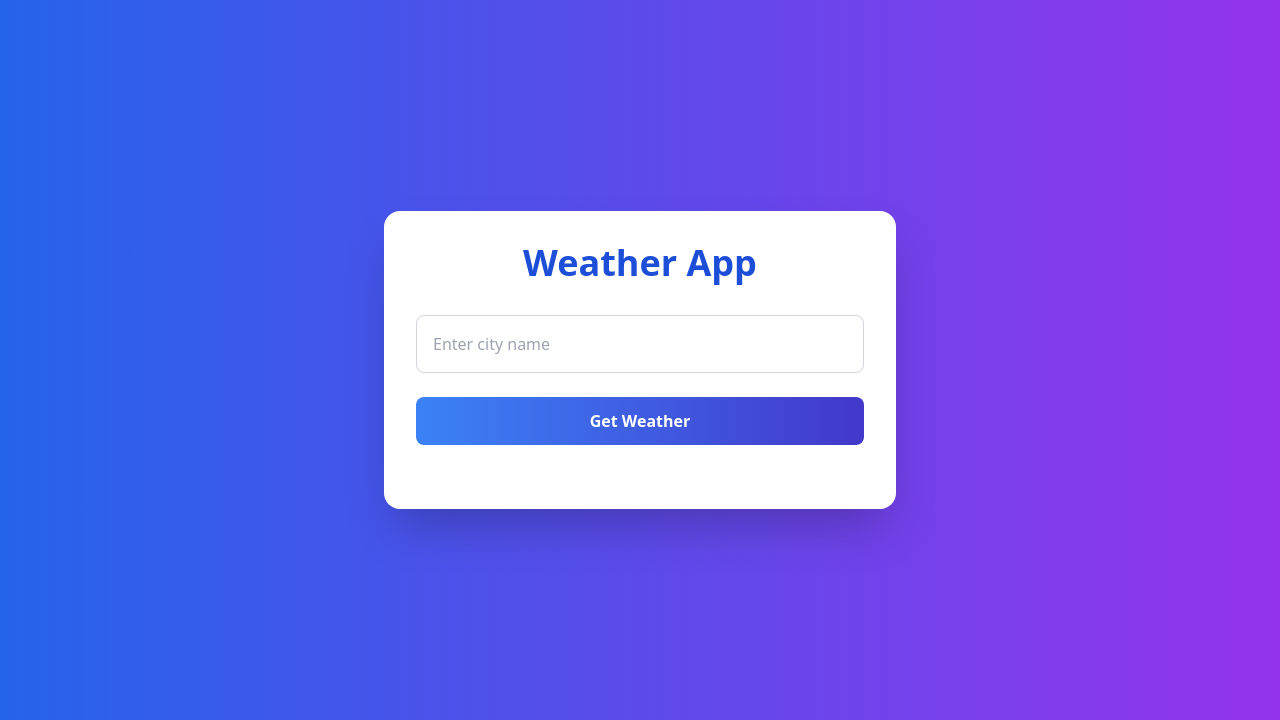
Repository: MKosainHaider/weather-app
Page: index.html
These files come from the project's save history. The page is drawn as it stood at one moment and after the next save; the edit follows.
The browser window is 1280 px wide. The pictures show the whole page.
Some web libraries are served in a nearby version.

Above is the page before, as saved 2024-08-16 00:52:26.

### index.html
<!DOCTYPE html>
<html lang="en">

<head>
    <meta charset="UTF-8">
    <meta name="viewport" content="width=device-width, initial-scale=1.0">
    <script src="script.js" defer></script>
    <script src="https://cdn.tailwindcss.com"></script>
    <title>Weather App</title>
</head>

<body>
    <div class="bg-gradient-to-r from-blue-600 to-purple-600 flex items-center justify-center min-h-screen">

        <div id="app"
            class="p-8 bg-white rounded-2xl shadow-2xl max-w-lg w-full transform hover:scale-105 transition-transform duration-300">
            <h1 class="text-4xl font-extrabold text-center text-blue-700 mb-8">Weather App</h1>
            <input type="text" id="cityInput" placeholder="Enter city name"
                class="w-full p-4 border border-gray-300 rounded-lg mb-6 focus:outline-none focus:ring-2 focus:ring-blue-500"
                autocomplete="off" />
            <button id="getWeatherBtn"
                class="w-full bg-gradient-to-r from-blue-500 to-indigo-700 text-white font-bold py-3 px-6 rounded-lg hover:from-blue-600 hover:to-indigo-800 transition-all duration-300">
                Get Weather
            </button>
            <div id="weatherResult" class="mt-8 flex flex-wrap justify-center space-x-4">
                <!-- Weather cards will be dynamically inserted here -->
            </div>
        </div>
    </div>
</body>

</html>

### script.js
document.getElementById("getWeatherBtn").addEventListener("click", () => {
  const city = document.getElementById("cityInput").value;
  console.log(`City entered: ${city}`); // Debug log

  if (city) {
    getWeather(city);
  } else {
    alert("Please enter a city name");
  }
});

function getWeather(city) {
  const apiKey = "397a3c1468c2cbe1a8784c7b6a3ba8e8"; // Your API key
  const url = `https://api.openweathermap.org/data/2.5/weather?q=${city}&appid=${apiKey}&units=metric`;

  console.log(`Fetching weather data from URL: ${url}`); // Debug log

  fetch(url)
    .then((response) => {
      console.log(`Response status: ${response.status}`); // Debug log
      if (!response.ok) {
        if (response.status === 404) {
          throw new Error("City not found");
        } else {
          throw new Error("An error occurred while fetching the weather data");
        }
      }
      return response.json();
    })
    .then((data) => {
      console.log("Weather data received:", data); // Debug log
      const { coord } = data;
      get5DayForecast(coord.lat, coord.lon);
    })
    .catch((error) => {
      console.error("Error fetching weather data:", error);
      document.getElementById(
        "weatherResult"
      ).innerHTML = `<p class="text-red-500">${error.message}</p>`;
    });
}

function get5DayForecast(lat, lon) {
  const apiKey = "397a3c1468c2cbe1a8784c7b6a3ba8e8"; // Your API key
  const url = `https://api.openweathermap.org/data/2.5/forecast?lat=${lat}&lon=${lon}&appid=${apiKey}&units=metric`;

  console.log(`Fetching 5-day forecast from URL: ${url}`); // Debug log

  fetch(url)
    .then((response) => response.json())
    .then((data) => {
      console.log("5-day forecast data received:", data); // Debug log
      display5DayForecast(data.list);
    })
    .catch((error) => {
      console.error("Error fetching 5-day forecast:", error);
      document.getElementById(
        "weatherResult"
      ).innerHTML = `<p class="text-red-500">${error.message}</p>`;
    });
}

function display5DayForecast(forecastList) {
  const weatherResult = document.getElementById("weatherResult");
  weatherResult.innerHTML = ""; // Clear previous results

  const today = new Date().getDay(); // Get today's day of the week (0-6)

  // Filter to only show forecasts for 12:00 PM
  const filteredForecast = forecastList.filter((forecast) =>
    forecast.dt_txt.includes("12:00:00")
  );

  weatherResult.classList.add("flex", "space-x-4", "justify-center");

  filteredForecast.slice(0, 5).forEach((forecast) => {
    const date = new Date(forecast.dt_txt);
    const dayOfWeek = date.toLocaleDateString(undefined, { weekday: "short" });
    const isToday = today === date.getDay(); // Check if the forecast is for today

    // Conditional class based on whether it's today or not
    const cardClass = isToday
      ? "bg-gradient-to-r from-blue-500 to-indigo-700 text-white"
      : "bg-gray-100 text-gray-800";

    weatherResult.innerHTML += `
      <div class="p-4 rounded-lg shadow-md flex-1 ${cardClass}">
        <h3 class="text-lg font-bold">${dayOfWeek}</h3>
        <p class="text-sm">Temp: ${forecast.main.temp}°C</p>
        <p class="text-sm">Weather: ${forecast.weather[0].description}</p>
        <p class="text-sm">Humidity: ${forecast.main.humidity}%</p>
        <p class="text-sm">Wind: ${forecast.wind.speed} m/s</p>
      </div>
    `;
  });
}

After the next save:
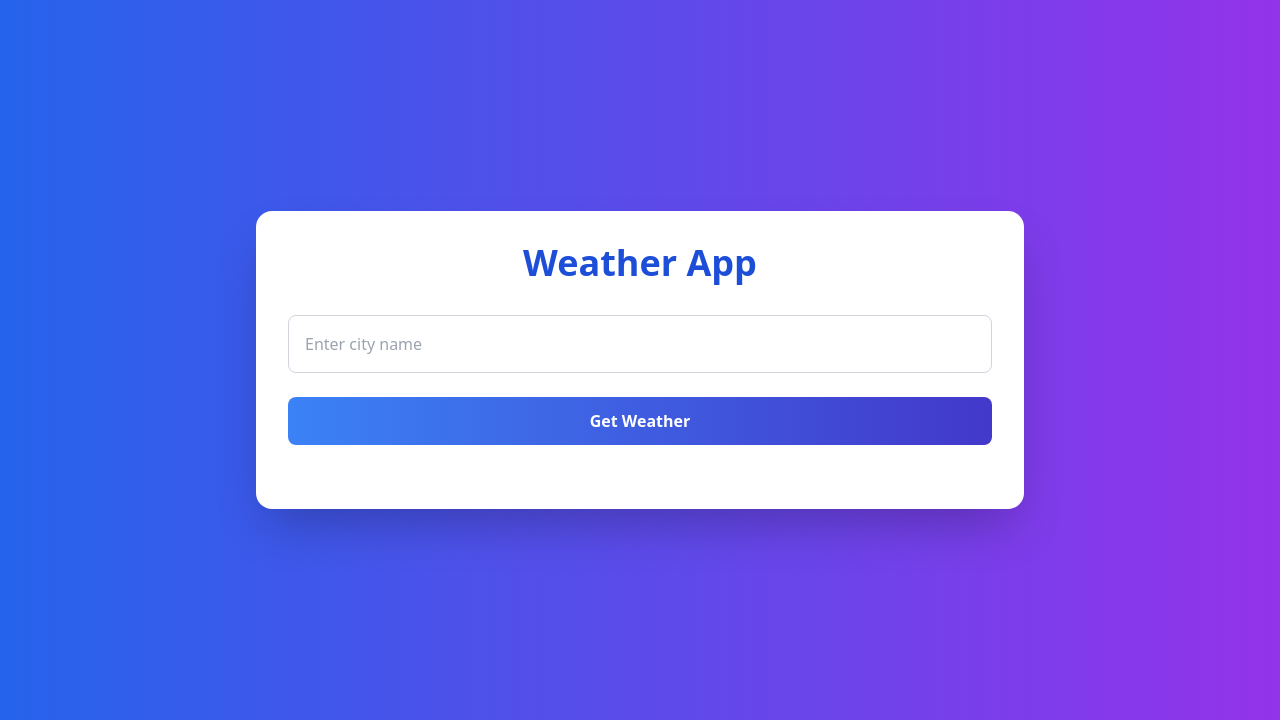
Saved 2 min 10 s later.
--- a/index.html
+++ b/index.html
@@ -9,22 +9,19 @@
     <title>Weather App</title>
 </head>
 
-<body>
-    <div class="bg-gradient-to-r from-blue-600 to-purple-600 flex items-center justify-center min-h-screen">
-
-        <div id="app"
-            class="p-8 bg-white rounded-2xl shadow-2xl max-w-lg w-full transform hover:scale-105 transition-transform duration-300">
-            <h1 class="text-4xl font-extrabold text-center text-blue-700 mb-8">Weather App</h1>
-            <input type="text" id="cityInput" placeholder="Enter city name"
-                class="w-full p-4 border border-gray-300 rounded-lg mb-6 focus:outline-none focus:ring-2 focus:ring-blue-500"
-                autocomplete="off" />
-            <button id="getWeatherBtn"
-                class="w-full bg-gradient-to-r from-blue-500 to-indigo-700 text-white font-bold py-3 px-6 rounded-lg hover:from-blue-600 hover:to-indigo-800 transition-all duration-300">
-                Get Weather
-            </button>
-            <div id="weatherResult" class="mt-8 flex flex-wrap justify-center space-x-4">
-                <!-- Weather cards will be dynamically inserted here -->
-            </div>
+<body class="bg-gradient-to-r from-blue-600 to-purple-600 flex items-center justify-center min-h-screen p-4">
+    <div id="app"
+        class="p-8 bg-white rounded-2xl shadow-2xl max-w-3xl w-full transform hover:scale-105 transition-transform duration-300">
+        <h1 class="text-3xl md:text-4xl font-extrabold text-center text-blue-700 mb-8">Weather App</h1>
+        <input type="text" id="cityInput" placeholder="Enter city name"
+            class="w-full p-4 border border-gray-300 rounded-lg mb-6 focus:outline-none focus:ring-2 focus:ring-blue-500"
+            autocomplete="off" />
+        <button id="getWeatherBtn"
+            class="w-full bg-gradient-to-r from-blue-500 to-indigo-700 text-white font-bold py-3 px-6 rounded-lg hover:from-blue-600 hover:to-indigo-800 transition-all duration-300">
+            Get Weather
+        </button>
+        <div id="weatherResult" class="mt-8 flex flex-wrap justify-center space-x-4">
+            <!-- Weather cards will be dynamically inserted here -->
         </div>
     </div>
 </body>
